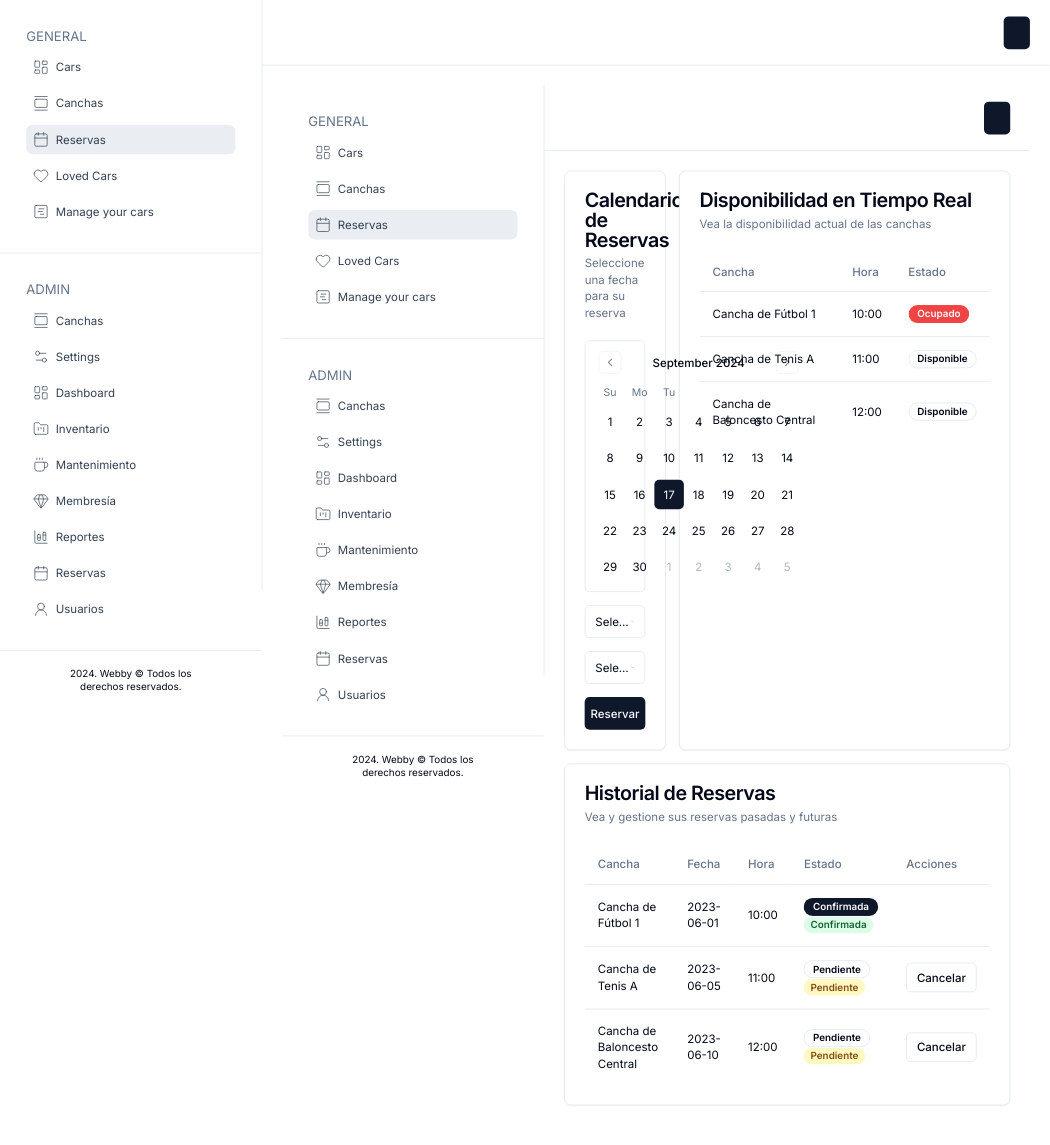
Repository: Jackson-sch/cdeporte
Page: /reservas
These files come from the project's save history. The page is drawn as it stood at one moment and after the next save; the edit follows.
The browser window is 1280 px wide. The pictures show the whole page, at 82% of full size.
The project was rebuilt for these pictures with package versions that can differ from the ones it lists, and the page was loaded fresh each time. The framework's server and built-in components were replaced by stand-ins that run in the browser. Also part of the build but not shown: next.config.mjs, src/components/ui/label.jsx, src/components/ui/input.jsx, src/components/Reservas/HistorialReserva.jsx.

Above is the page before, as saved 2024-09-17 20:14:30.

After the next save:
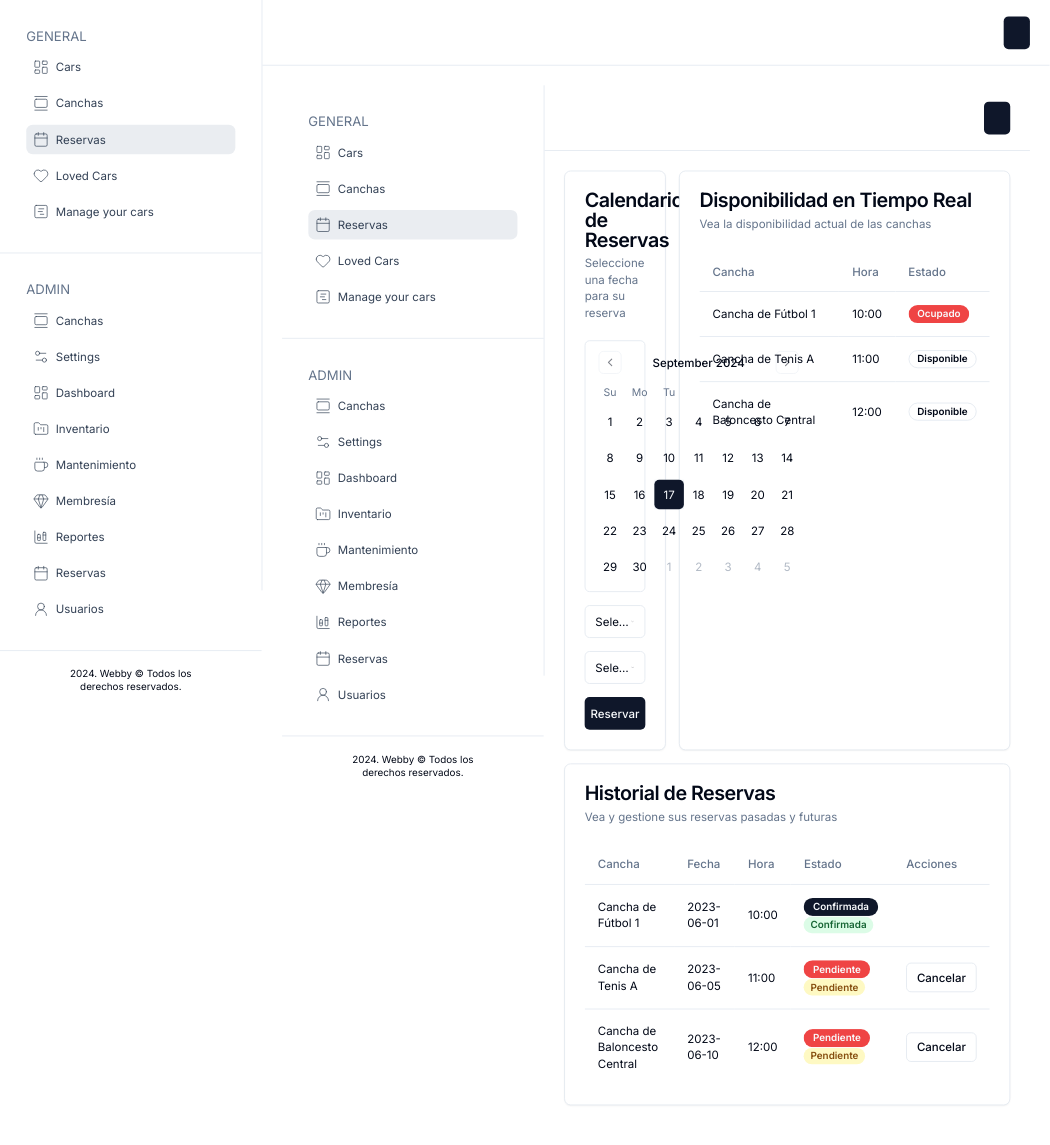
Saved 4 s later.
--- a/src/components/Reservas/ReservationHistory.jsx
+++ b/src/components/Reservas/ReservationHistory.jsx
@@ -90,7 +90,7 @@ export default function ReservationHistory() {
                 <TableCell>{reservation.date}</TableCell>
                 <TableCell>{reservation.time}</TableCell>
                 <TableCell>
-                <Badge variant={reservation.status === 'Confirmada' ? 'default' : 'de'}>
+                <Badge variant={reservation.status === 'Confirmada' ? 'default' : 'destructive'}>
                         {reservation.status}
                       </Badge>
                   <span
